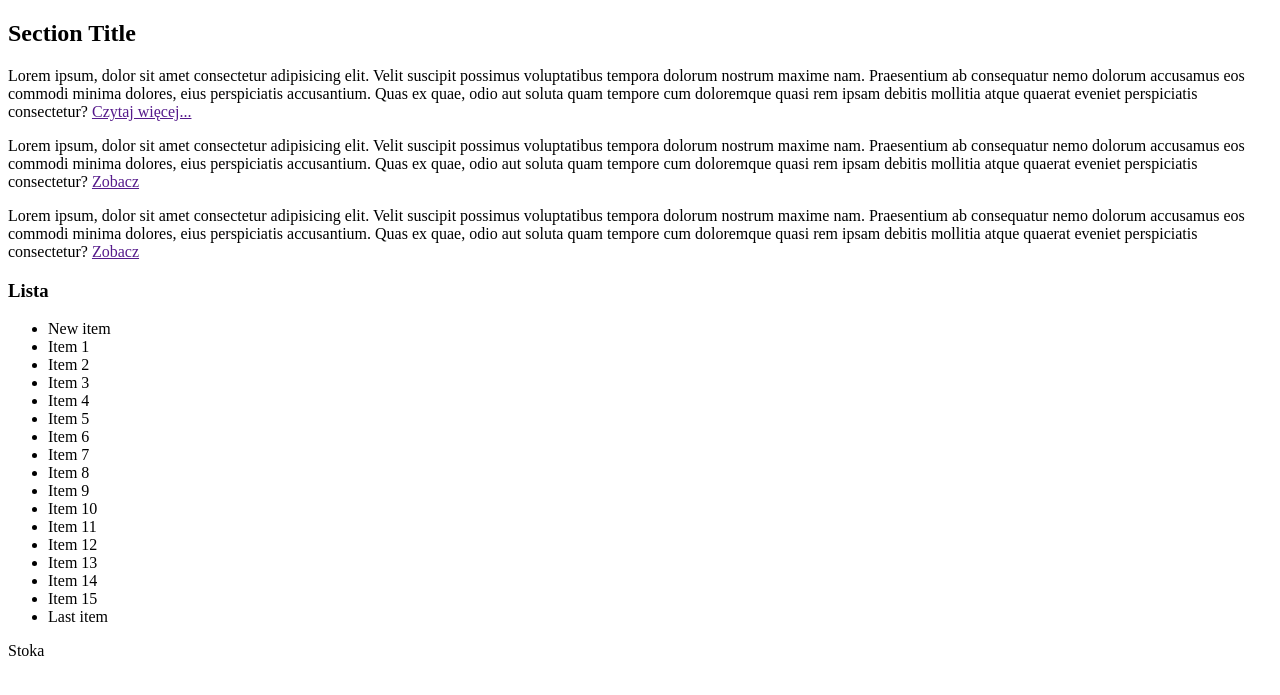
Repository: magdaf41/jQuery
Page: zadanie 3/index.html
These files come from the project's save history. The page is drawn as it stood at one moment and after the next save; the edit follows.
The browser window is 1280 px wide. The pictures show the whole page.

Above is the page before, as saved 2020-09-08 21:16:28.

After the next save:
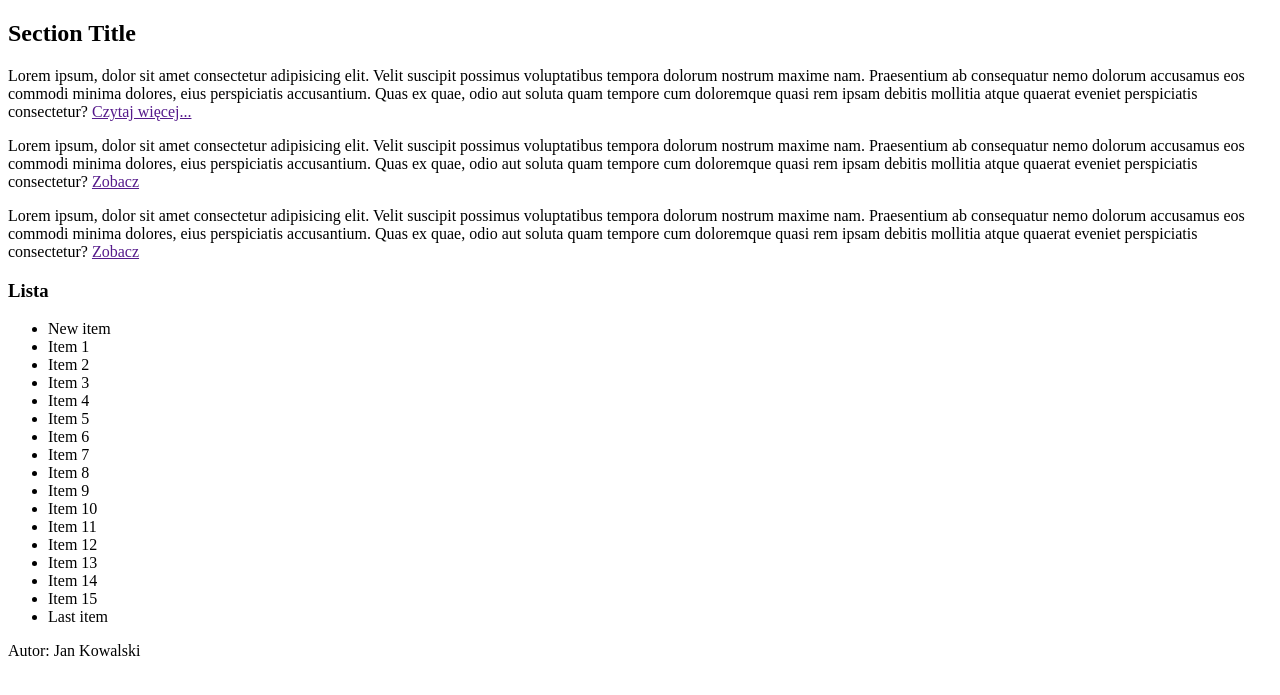
Saved 12 s later.
--- a/zadanie 3/js/main.js
+++ b/zadanie 3/js/main.js
@@ -9,5 +9,5 @@ $(document).ready(function () {
    $('ul').before('<h3>Lista</h3>');
 
    const newFooter = $('<footer>Autor: Jan Kowalski</footer>');
-   $('ul').after('<footer>Stoka</footer>')
+   $('ul').after(newFooter)
 });
